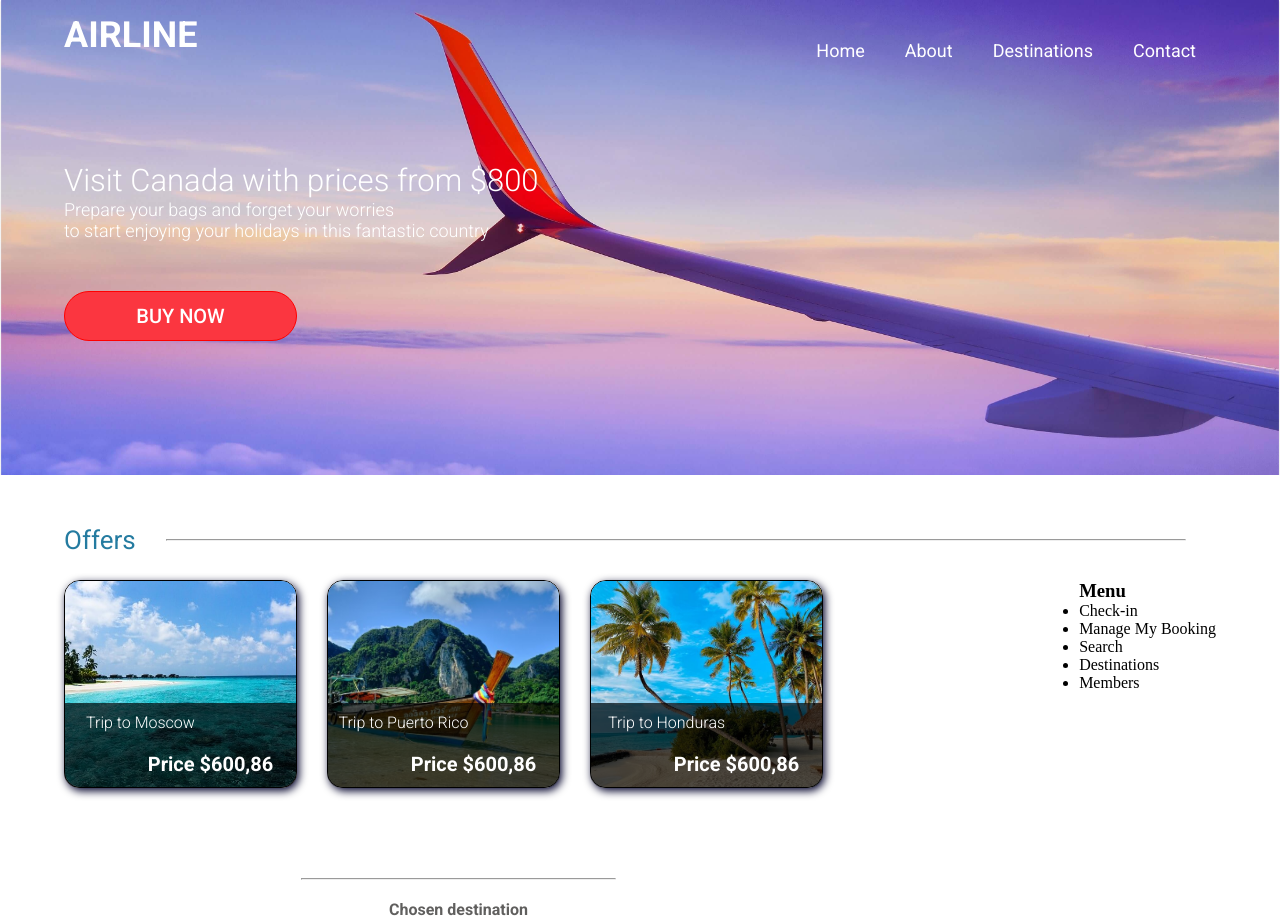
Repository: Cherced/AIRLINES
Page: /
These files come from the project's save history. The page is drawn as it stood at one moment and after the next save; the edit follows.
The browser window is 1280 px wide. The pictures show the whole page.
The project was rebuilt for these pictures with package versions that can differ from the ones it lists, and the page was loaded fresh each time. The framework's server and built-in components were replaced by stand-ins that run in the browser. Also part of the build but not shown: components/atoms/Footer/SocialMedia.jsx, components/atoms/Footer/MoreToUs.jsx, components/molecules/Footer.jsx.

Above is the page before, as saved 2022-06-30 14:45:47.

### pages/_app.js
import '../sass/global.scss'

function MyApp({ Component, pageProps }) {

    return <Component {...pageProps} />

  }

  export default MyApp

### pages/_document.js
import Document, { Html, Head, Main, NextScript } from 'next/document'

export default class MyDocument extends Document {
  render() {
    return (
      <Html>
        <Head />
        <body>
          <Main />
          <div id="myportal"></div>
          <NextScript />
        </body>
      </Html>
    )
  }
}

### pages/index.js
import React from 'react'
import { Banner } from '../components/molecules/Banner'
import { Offers } from '../components/molecules/Offers'
import {Footer} from '../components/molecules/Footer'

const Home = () => {
  return (
    <React.Fragment>
        <Banner/>
        <Offers/>
    </React.Fragment>
  )
}

export default Home

### sass/global.scss
@import "./settings";
@import "./Elements/banner";
@import "./Elements/offerts";

### components/molecules/Banner.jsx
import React from 'react'
import { Header } from '../atoms/BannerStaff/Header'
import { Promotion } from '../atoms/BannerStaff/Promotion'

export const Banner = () => {
  return (
    <main className="main-Banner--Container">
        <Header/>
        <Promotion/>
    </main>
  )
}

### components/molecules/Offers.jsx
import React from 'react'
import {TripsOffer} from '../atoms/Offerts/TripsOffer'
import { Menu } from '../atoms/Offerts/Menu'

export const Offers = () => {
  return (
    <section className="offers-Section--Container">
    <div className="offers-Title--Container">
        <h1>Offers</h1> <hr />
    </div>
    <div className="offers-BoxModel--Container">
        <div className="offers-BoxModel-Content">
        <TripsOffer/>
        <hr />
        <h3>Chosen destination</h3>
        </div>
        <Menu/>
    </div>
    </section>
  )
}

### sass/_settings.scss
//fonts:
@import url('https://fonts.googleapis.com/css2?family=Inter:wght@100;200;300;500;600;700;800;900&family=Roboto:ital,wght@0,100;0,300;0,400;0,500;0,700;0,900;1,100;1,300;1,400;1,500;1,700;1,900&display=swap');

$preSetFont: 'Roboto', sans-serif;

*{
    box-sizing: border-box;
    margin: 0;
    padding: 0;
}

### sass/Elements/_banner.scss
@import "../components/Banner/header";
@import "../components/Banner/promotion";

.main-Banner--Container{
    height: 475px;
    width: 100%;
    background-image: url("../../public/images/plane.jpg");
    background-size: cover;
    background-repeat: no-repeat;
    display: flex;
    flex-direction: column;
    align-items: center;
}

### sass/components/Banner/_header.scss
.header--Container {
    width: 90%;
    height: 70px;
    display: flex;
    align-items: center;
    justify-content: space-between;

    h1{
        font-family: $preSetFont;
        font-size: 36px;
        text-align: left;
        color: white;
        letter-spacing: 0px;
    }

    .navBar--Container {
        color: white;
        opacity: 1;

        .itmes-Navbar--Container {
            list-style: none;
            display: flex;
            height: 70px;

            li {
                width: auto;
                padding: 40px 20px 0 20px;

                a {
                    font-family: $preSetFont;
                    font-size: 18px;
                    letter-spacing: 0px;
                }

                a:hover {
                    border-bottom: 2px solid white;
                }
            }
        }
    }
}

### sass/components/Banner/_promotion.scss
.promotions--Container {
    height: 405px;
    width: 90%;
    display: flex;
    flex-direction: column;
    align-items: flex-start;
    margin-top: 92px;

    h1 {
        text-align: left;
        font-family: $preSetFont;
        font-size: 31px;
        font-weight: 300;
        letter-spacing: 0px;
        opacity: 1;
        color: white;
    }

    p {
        width: 440px;
        text-align: left;
        font-family: $preSetFont;
        font-size: 18px;
        font-weight: 300;
        letter-spacing: 0px;
        color: #FFFFFF;
        opacity: 1;
    }

    .buyNowBtn {
        margin-top: 50px;
        background: #FB3640;
        width: 233px;
        height: 50px;
        font-family: $preSetFont;
        text-align: center;
        font: normal normal 500 20px/24px Roboto;
        letter-spacing: 0px;
        color: #FFFFFF;
        opacity: 1;
        border-radius: 60px;
        border: 1px solid red;
    }
}

### sass/Elements/_offerts.scss
.offers-Section--Container {
    width: 100vw;
    display: flex;
    flex-direction: column;
    align-items: center;
    justify-content: center;

    .offers-Title--Container {
        padding-top: 65px;
        width: 90%;
        height: 50px;
        display: flex;
        align-items: center;

        h1 {
            color: #247BA0;
            text-align: left;
            font: normal normal 400 26px/32px Roboto;
            letter-spacing: 0px;
            color: #247BA0;
            opacity: 1;
        }

        hr {
            margin: 0 30px;
            width: 90%;
        }
    }

    .offers-BoxModel--Container {
        width: 90%;
        display: flex;
        justify-content: space-between;
        margin-top: 40px;

        .offers-BoxModel-Content {
            display: flex;
            flex-direction: column;
            align-items: center;

            .promotional-Cards--Container {
                display: flex;
                margin-bottom: 70px;

                .promotionalCard {
                    width: 233px;
                    height: 208px;
                    border-radius: 60px;
                    margin-right: 30px;

                    img {
                        border: 1px solid black;
                        box-shadow: 2px 3px 8px #000029;
                        opacity: 1;
                        width: 100%;
                        height: 100%;
                        border-radius: 16px;
                        object-fit: cover;
                        z-index: -1;
                    }

                    .promotionalCard--Info {
                        position: relative;
                        height: 85px;
                        top: -89px;
                        background: rgba(0, 0, 0, 0.6784313725) 0% 0% no-repeat padding-box;
                        border-radius: 0px 0px 15px 15px;
                        opacity: 1;
                        display: flex;
                        flex-direction: column;
                        align-items: center;

                        p {
                            text-align: left;
                            font: normal normal 300 16px/19px Roboto;
                            letter-spacing: 0px;
                            color: #FFFFFF;
                            opacity: 1;
                            padding-top: 10px;
                            padding-right: 90px;
                            padding-left: 10px;
                        }

                        h1 {
                            text-align: left;
                            font: normal normal bold 20px/24px Roboto;
                            letter-spacing: 0px;
                            color: #FFFFFF;
                            opacity: 1;
                            padding-top: 20px;
                            padding-left: 60px;
                        }
                    }
                }
            }
            hr{
                width: 40%;
                margin:  20px 0;
            }
            h3{
                text-align: left;
                font: normal normal bold 16px/19px Roboto;
                letter-spacing: 0px;
                color: #605F5E;
                opacity: 1;
            }
        }
    }

}

### components/atoms/BannerStaff/Header.jsx
import React from 'react'

export const Header = () => {
  return (
    <header className="header--Container">
        <h1>AIRLINE</h1>
        <nav className="navBar--Container">
            <ul className="itmes-Navbar--Container">
                <li><a>Home</a></li>
                <li><a>About</a></li>
                <li><a>Destinations</a></li>
                <li><a>Contact</a></li>
            </ul>
        </nav>
    </header>
  )
}

### components/atoms/BannerStaff/Promotion.jsx
import React from 'react'

export const Promotion = () => {
  return (
    <div className="promotions--Container">
        <h1>Visit Canada with prices from $800</h1>
        <p>Prepare your bags and forget your worries</p>
        <p> to start enjoying your holidays in this fantastic country</p>
        <button className="buyNowBtn" type="button">BUY NOW</button>
    </div>
  )
}

### components/atoms/Offerts/TripsOffer.jsx
import React from 'react'

export const TripsOffer = () => {
  return (
    <div className="promotional-Cards--Container">
        <div className="promotionalCard">
            <img src="/images/moscow.jpg" alt="moscu"/>
            <div className="promotionalCard--Info">
                <p>
                Trip to Moscow
                </p>
                <h1>Price $600,86</h1>
            </div>
        </div>
        <div className="promotionalCard">
            <img src="/images/puerto-rico.jpg" alt="puerrtorro"/>
            <div className="promotionalCard--Info">
                <p>
                Trip to Puerto Rico
                </p>
                <h1>Price $600,86</h1>
            </div>
        </div>
        <div className="promotionalCard">
            <img src="/images/honduras.jpg" alt="honduras"/>
            <div className="promotionalCard--Info">
                <p>
                Trip to Honduras
                </p>
                <h1>Price $600,86</h1>
            </div>
        </div>
    </div>
  )
}

### components/atoms/Offerts/Menu.jsx
import React from 'react'

export const Menu = () => {
  return (
    <aside className="menuAside--Container">
        <h1>Menu</h1>
        <ul className="menuAside-Navbar--Container">
            <li>Check-in</li>
            <li>Manage My Booking</li>
            <li>Search</li>
            <li>Destinations</li>
            <li>Members</li>
        </ul>
    </aside>
  )
}

After the next save:
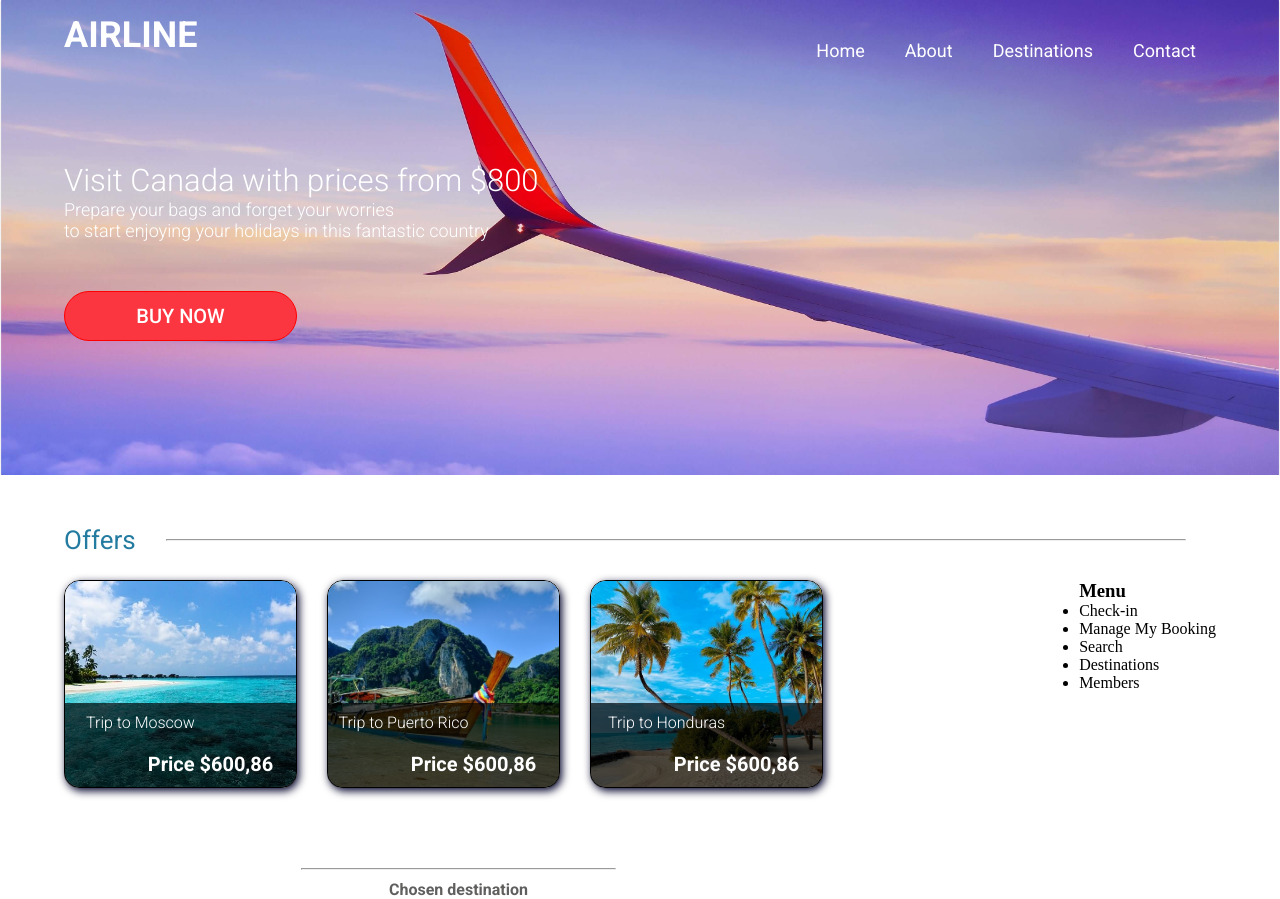
Saved 19 s later.
--- a/sass/Elements/_offerts.scss
+++ b/sass/Elements/_offerts.scss
@@ -95,7 +95,7 @@
             }
             hr{
                 width: 40%;
-                margin:  20px 0;
+                margin:  10px 0 10px;
             }
             h3{
                 text-align: left;
